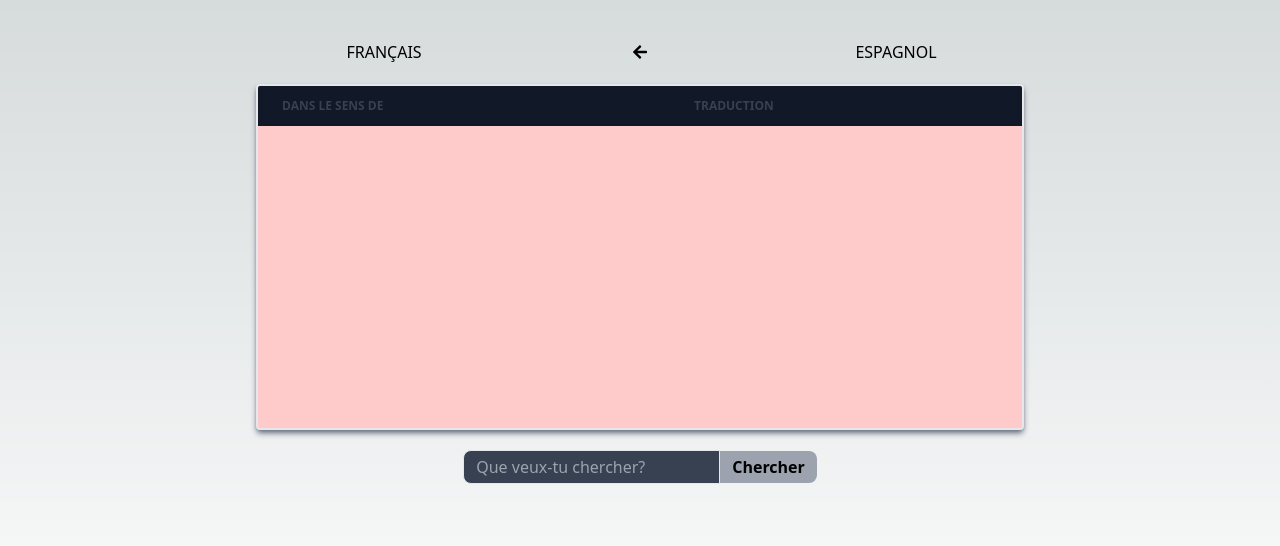
Repository: All-Khwarizmi/Dico
Page: /
The author's editor kept a copy of each file at every save. The page is drawn from the files as they stood at one save, then again after the next save.
The browser window is 1280 px wide. The pictures show the whole page.
The project was rebuilt for these pictures with package versions that can differ from the ones it lists, and the page was loaded fresh each time. The framework's server and built-in components were replaced by stand-ins that run in the browser. Also part of the build but not shown: next.config.js, vite.config.ts.

Above is the page before, as saved 2023-02-17 18:37:10.

### src/app/page.tsx
'use client';
import Image from 'next/image';
import { Inter } from '@next/font/google';
import { FaArrowLeft } from 'react-icons/fa';
import { BsArrowRight } from 'react-icons/bs';
import { FaArrowRight } from 'react-icons/fa';
import EspModal from '@/components/EspModal';
import DicoModal from '@/components/DicoModal';

const inter = Inter({ subsets: ['latin'] });
import parse from 'html-react-parser';
import { useState } from 'react';
import Link from 'next/link';

type Trad = {
  source: string;
  target: string;
};
type Translations = Array<Trad>;
interface TranslationsFetch {
  translations: Array<Trad>;
}
export default function Home() {
  const [word, setWord] = useState<string>('');
  const [isFr, setIsFR] = useState<Boolean>(false);
  const [translations, setTranslations] = useState<Translations>([]);

  const submitWord = (e: React.FormEvent<HTMLFormElement>) => {
    e.preventDefault();
    let check = word.split(' ').length;
    console.log('Submitting', check);
    if (check > 1) {
      return window.alert('1 mot à la fois');
    }
    if (isFr) return fetchDico(word).catch((err) => console.log(err));
    fetchDicoEsp(word).catch((err) => console.log(err));
  };

  const inputWord = (e: React.ChangeEvent<HTMLInputElement>) => {
    return setWord(e.target.value);
  };

  const fetchDico = async (word: string): Promise<void> => {
    console.log('Fetching..');
    const url = 'https://dico-ochre.vercel.app/api/dico';
    const options: RequestInit = {
      method: 'POST',
      headers: {
        'Content-Type': 'text/plain;charset=UTF-8',
      },
      body: JSON.stringify(word),
    };
    const res = await fetch(url, options);
    // eslint-disable-next-line @typescript-eslint/no-unsafe-assignment
    const data = await res.json();
    console.log('Data: ', data);
    // eslint-disable-next-line @typescript-eslint/no-unsafe-assignment
    const { translations }: TranslationsFetch = data;
    setTranslations(translations);
    setWord('');
  };
  const fetchDicoEsp = async (word: string): Promise<void> => {
    console.log('Fetching..');
    const url = 'https://dico-ochre.vercel.app/api/esp';
    const options: RequestInit = {
      method: 'POST',
      headers: {
        'Content-Type': 'text/plain;charset=UTF-8',
      },
      body: JSON.stringify(word),
    };
    const res = await fetch(url, options);
    // eslint-disable-next-line @typescript-eslint/no-unsafe-assignment
    const data = await res.json();
    console.log('Data: ', data);
    // eslint-disable-next-line @typescript-eslint/no-unsafe-assignment
    const { translations }: TranslationsFetch = data;
    setTranslations(translations);
    setWord('');
  };
  return (
    <main className='h-screen w-screen'>
      <div className='grid place-items-center pt-5 '>
        {isFr ? (
          <div className='grid w-[60%] grid-cols-3  place-items-center  '>
            <button onClick={() => setIsFR(!isFr)}>
              <h1 className='py-5 text-center uppercase text-1xl'>Français</h1>
            </button>
            <button onClick={() => setIsFR(!isFr)}>
              <FaArrowRight />
            </button>
            <button onClick={() => setIsFR(!isFr)}>
              <h1 className='py-5 text-center uppercase text-1xl'>Espagnol</h1>
            </button>
          </div>
        ) : (
          <div className='grid w-[60%] grid-cols-3  place-items-center  '>
            <button onClick={() => setIsFR(!isFr)}>
              <h1 className='py-5 text-center uppercase text-1xl'>Français</h1>
            </button>
            <button onClick={() => setIsFR(!isFr)}>
              <FaArrowLeft />
            </button>
            <button onClick={() => setIsFR(!isFr)}>
              <h1 className='py-5 text-center uppercase text-1xl'>Espagnol</h1>
            </button>
          </div>
        )}
      </div>
      <div className='flex h-[80%] flex-col  items-center gap-5'>
        <div className=' h-[60%] max-h-[80%] w-[60%] overflow-scroll rounded border-2 border-solid dark:border-gray-600 shadow-md shadow-gray-500 bg-red-200'>
          <div className='text-black '>
            <div className=''>
              <table className='  relative w-full text-left text-sm text-gray-500 dark:text-gray-400'>
                <thead className='  sticky top-0 bg-gray-900 text-xs uppercase text-gray-700 '>
                  <tr>
                    <th scope='col' className='px-6 dark:text-white py-3 '>
                      Dans le sens de
                    </th>
                    <th scope='col' className='px-6 dark:text-white py-3 '>
                      Traduction
                    </th>
                  </tr>
                </thead>
                <tbody className='bg-gray-800'>
                  {translations?.map((trad: Trad, index) => {
                    return (
                      <tr
                        className='border-b bg-white dark:border-gray-700 dark:bg-gray-800'
                        key={index}
                      >
                        <td className='px-6 py-4'> {parse(trad?.source)}</td>
                        <th
                          scope='row'
                          className='whitespace-nowrap px-6 py-4 font-medium text-gray-900 dark:text-white'
                        >
                          {parse(trad?.target)}
                        </th>
                      </tr>
                    );
                  })}
                </tbody>
              </table>
            </div>
          </div>
        </div>
        <form className='text-black' onSubmit={(e) => submitWord(e)}>
          <input
            onChange={(event) => inputWord(event)}
            value={word}
            placeholder='Que veux-tu chercher?'
            className='rounded-lg border dark:text-white border-1 bg-gray-700 rounded-r-none px-3 py-1'
            type='text'
            name='word'
            id='word'
          />
          <button
            className='rounded-lg rounded-l-none bg-gray-400 dark:text-white font-bold dark:bg-purple-900 px-3 py-1 dark:py-1.5'
            type='submit'
          >
            Chercher
          </button>
        </form>
      </div>
    </main>
  );
}

Loaded but not shown: src/app/layout.tsx (common file); src/app/globals.css (common file); tailwind.config.js (common file)

After the next save:
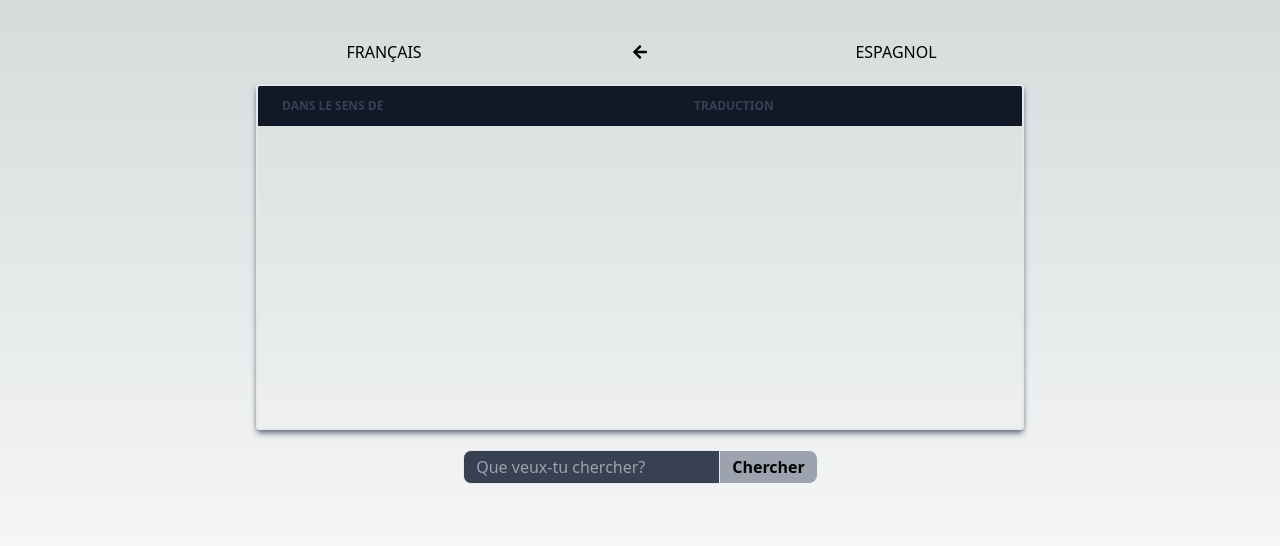
Saved 43 s later.
--- a/src/app/page.tsx
+++ b/src/app/page.tsx
@@ -108,7 +108,7 @@ export default function Home() {
         )}
       </div>
       <div className='flex h-[80%] flex-col  items-center gap-5'>
-        <div className=' h-[60%] max-h-[80%] w-[60%] overflow-scroll rounded border-2 border-solid dark:border-gray-600 shadow-md shadow-gray-500 bg-red-200'>
+        <div className=' h-[60%] max-h-[80%] w-[60%] overflow-scroll rounded border-2 border-solid dark:border-gray-600 shadow-md shadow-gray-500 '>
           <div className='text-black '>
             <div className=''>
               <table className='  relative w-full text-left text-sm text-gray-500 dark:text-gray-400'>
